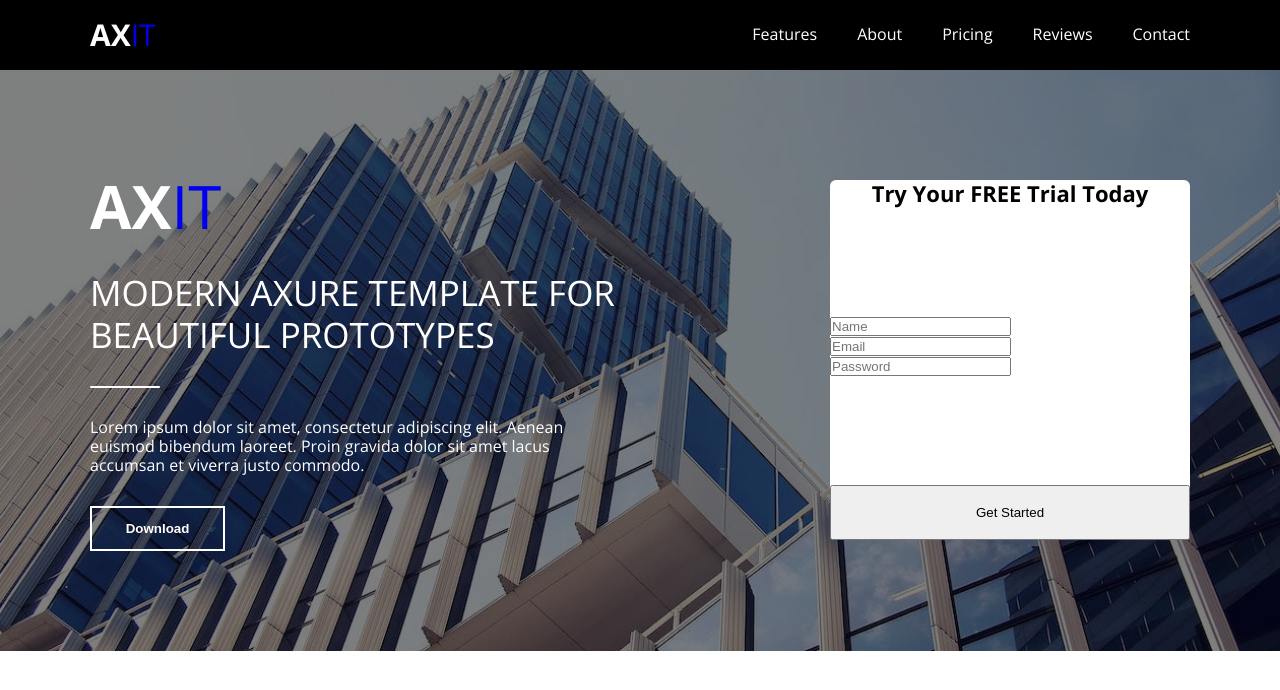
Repository: dinhtri123/axureThems
Page: index.html
An editor plug-in stored every save of this project. The page is shown before and after a run of saves, followed by the edit.
The browser window is 1280 px wide. The pictures show the whole page.

Above is the page before, as saved 2023-02-11 15:22:26.

### index.html
<!DOCTYPE html>
<html lang="en">
  <head>
    <meta charset="UTF-8" />
    <meta http-equiv="X-UA-Compatible" content="IE=edge" />
    <meta name="viewport" content="width=device-width, initial-scale=1.0" />
    <title>Axure Themes</title>
    <script
      type="module"
      src="https://unpkg.com/ionicons@5.5.2/dist/ionicons/ionicons.esm.js"
    ></script>
    <script
      nomodule
      src="https://unpkg.com/ionicons@5.5.2/dist/ionicons/ionicons.js"
    ></script>
    <link rel="stylesheet" href="style.css" />
  </head>
  <body>
    <header>
      <div class="container headerMain">
        <a href="index.html" class="logo">
          <span>AX</span>
          <span>IT</span>
        </a>
        <nav>
          <ul>
            <li><a href="#">Features</a></li>
            <li><a href="#">About</a></li>
            <li><a href="#">Pricing</a></li>
            <li><a href="#">Reviews</a></li>
            <li><a href="#">Contact</a></li>
          </ul>
        </nav>
      </div>
    </header>
    <div class="banner">
        <div class="imageBanner">
            <img src="./image/banner.jpeg" alt="">
        </div>
      <div class="container bannerMain">
        <div class="bannerLeft">
          <a href="index.html" class="logo logoBanner">
            <span>AX</span>
            <span>IT</span>
          </a>
          <h3>MODERN AXURE TEMPLATE FOR BEAUTIFUL PROTOTYPES</h3>
          <span></span>
          <p>
            Lorem ipsum dolor sit amet, consectetur adipiscing elit. Aenean
            euismod bibendum laoreet. Proin gravida dolor sit amet lacus
            accumsan et viverra justo commodo.
          </p>
          <button class="btn">Download</button>
        </div>
        <div class="bannerRight">
            <form autocomplete="off" class="formBanner">
                <h3>Try Your <span>FREE</span> Trial Today</h3>
                <div class="inputForm">
                    <input type="text" name="name" id="name" placeholder="Name">
                    <input type="email" name="email" id="email" placeholder="Email">
                    <input type="password" name="password" id="password" placeholder="Password">
                </div>
                <button class="btnForm">Get Started</button>
            </form>
        </div>
      </div>
    </div>
  </body>
</html>

### style.css
@import url("https://fonts.googleapis.com/css2?family=Open+Sans:wght@400;500;600;700&display=swap");
* {
  margin: 0;
  padding: 0;
  box-sizing: border-box;
  scroll-behavior: smooth;
}
:root {
  --bg-black: #000;
  --bg-white: #fff;
  --bg-orange: #ff9b51
  --bg-light: #f5f5f5;
}
body {
  font-family: "Open Sans", sans-serif;
  font-weight: 400;
  font-size: 16px;
  line-height: 1.2;
  width: 100%;
  max-height: 100vh;
  height: 100%;
  color: var(--bg-white);
}

.container {
  max-width: 1100px;
  width: 100%;
  height: 100%;
  margin: 0px auto;
}

header {
  width: 100%;
  height: 70px;
  background: var(--bg-black);
}
.headerMain {
  display: flex;
  justify-content: space-between;
  align-items: center;
}
.logo {
  display: flex;
  text-decoration: none;
  font-size: 30px;
}
.logo span:first-child {
  font-weight: 700;
  color: var(--bg-white);
}
.logo span:last-child {
  font-weight: 400;
  color: var(--bg-orange);
}
nav ul {
  display: flex;
  align-items: center;
  gap: 40px;
  list-style: none;
}
nav ul li a {
  text-decoration: none;
  color: var(--bg-white);
}

/* --------------------- */

/* --------BANNER------------ */

.banner {
  width: 100%;
  background: var(--bg-black);
  position: relative;
}
.imageBanner {
  position: absolute;
  inset: 0;
  width: 100%;
  height: 100%;
  z-index: 0;
  filter: brightness(0.5);
}
.imageBanner img {
  width: 100%;
  height: 100%;
  object-fit: cover;
}
.bannerMain {
  padding: 100px 0px;
  display: grid;
  grid-template-columns: repeat(2, 1fr);
  gap: 50px;
  z-index: 10;
  isolation: isolate;
}
.bannerLeft {
  display: flex;
  flex-direction: column;
  gap: 30px;
}
.bannerRight {
  display: flex;
  justify-content: end;
  align-items: center;
}

.logoBanner {
  font-size: 60px;
}
.bannerLeft > h3 {
  font-size: 35px;
  font-weight: 300;
}
.bannerLeft > span {
  width: 70px;
  height: 2px;
  background-color: var(--bg-white);
  border-radius: 8px;
}

.btn {
  width: 135px;
  height: 45px;
  border: 2px solid var(--bg-white);
  display: flex;
  justify-content: center;
  align-items: center;
  font-weight: 600;
  background: transparent;
  color:var(--bg-white);
}

.formBanner{
    width:360px;
    height:360px;
    border-radius:6px;
    background:var(--bg-white);
    display: flex;
    flex-direction: column;
    justify-content: space-between;
    align-items: center;
}
.formBanner > h3{
    font-size: 22px;
    color:var(--bg-black);
    font-weight:700;
    background:var(--bg-light);
}
.formBanner > h3 > span{
    color: var(--bg-orange);
}

.btnForm{
    width:100%;
    height:55px;

}

After the next 2 saves:
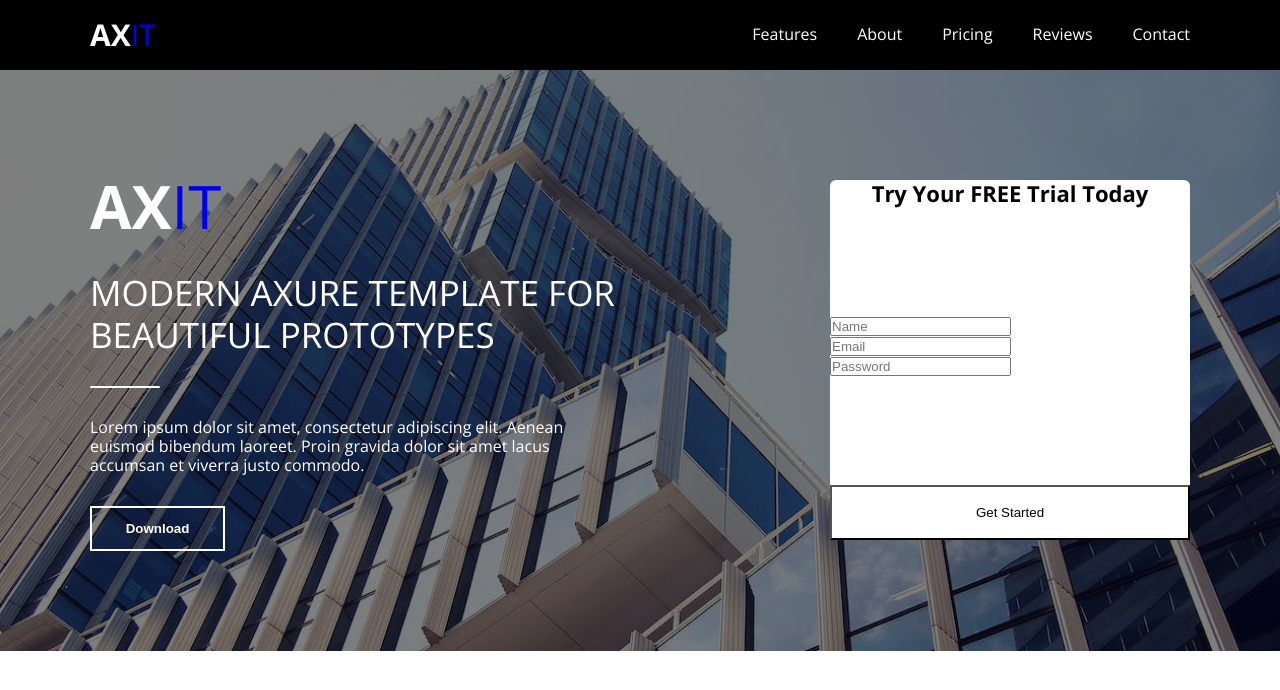
The 2 saves are shown as one change because they came seconds apart.
The last was saved 8 s later.
--- a/style.css
+++ b/style.css
@@ -153,5 +153,5 @@ nav ul li a {
 .btnForm{
     width:100%;
     height:55px;
-
+    background:var(--bg-orange)
 }
